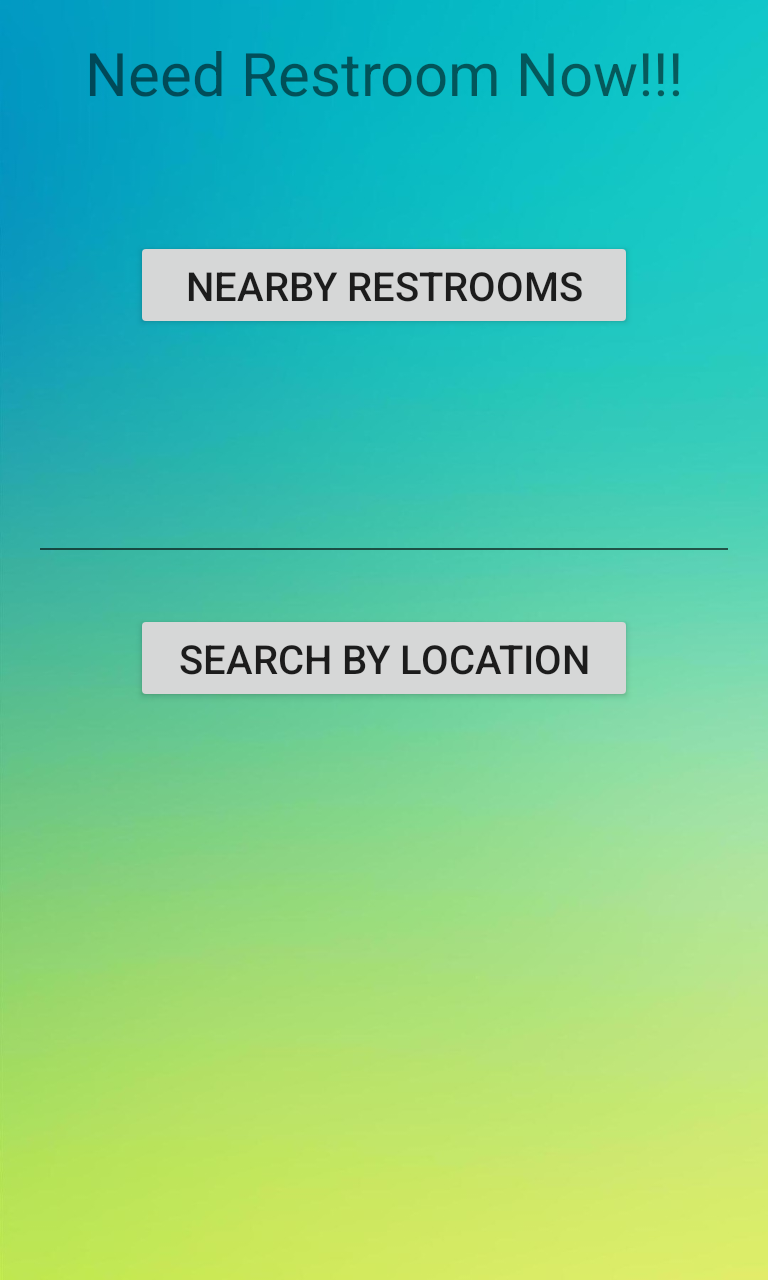
Repository: SarahDowlath/DebraGotToGo
Layout: GottahGo!/res/layout/fragment_main.xml
The author's editor kept a copy of each file at every save. The layout is drawn from the files as they stood at one save, then again after the next save.
It is drawn on a 768 x 1280 px phone screen (xhdpi) without system bars, with theme AppTheme; the app's code is not run.

Above is the layout before, as saved 2014-07-08 19:35:21.

After the next save:
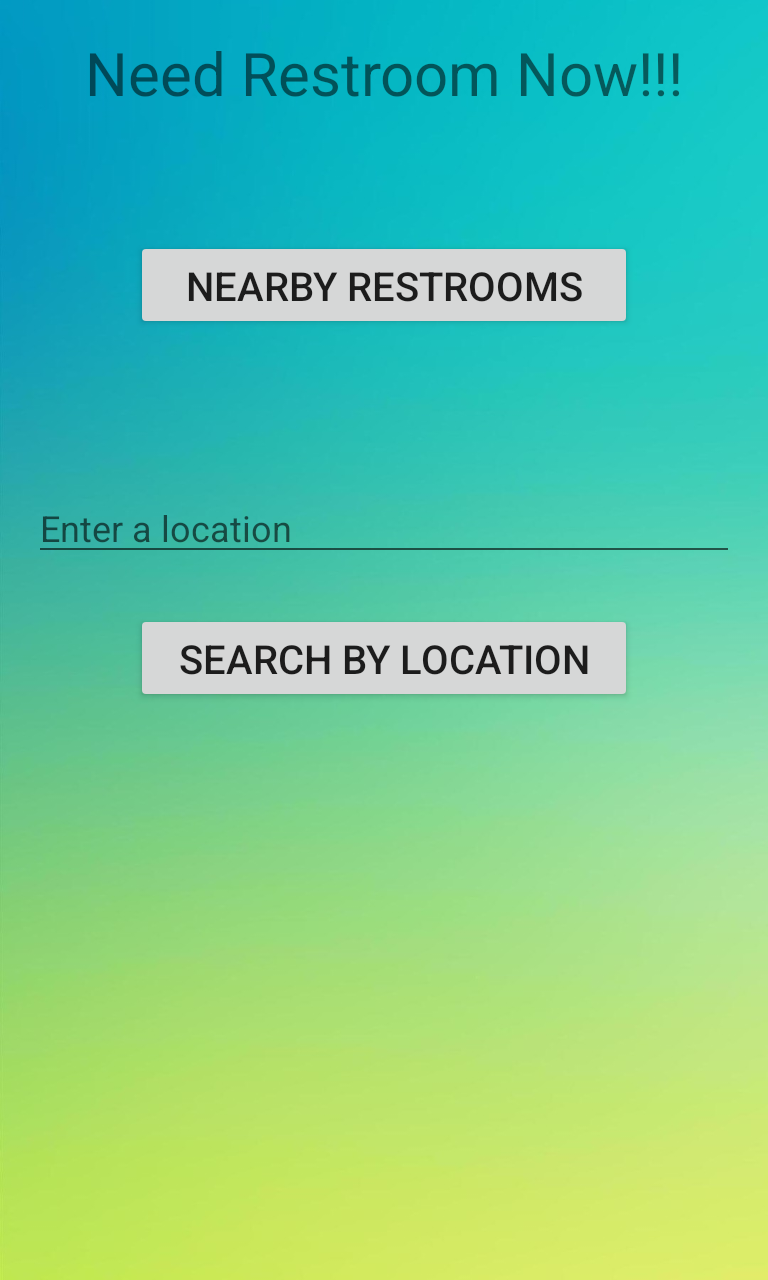
Saved 112 s later.
--- a/GottahGo!/res/layout/fragment_main.xml
+++ b/GottahGo!/res/layout/fragment_main.xml
@@ -21,7 +21,7 @@
 
     <EditText
         android:id="@+id/editText1"
-
+       android:hint="Enter a location"
         android:layout_width="fill_parent"
         android:layout_height="wrap_content"
         android:layout_below="@+id/bmap"
